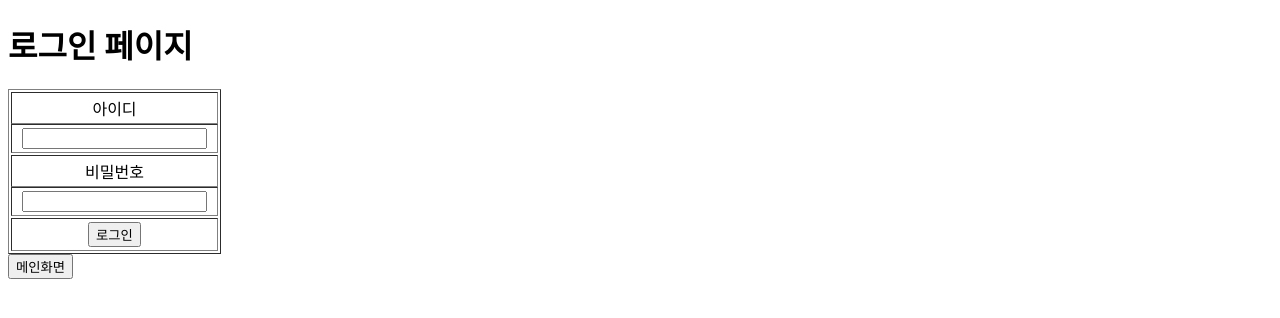
Repository: jjuhye/JSPWorkspace
Page: http://localhost/basic/00_memberLogin/03_21_loginForm.jsp
The author's editor kept a copy of each file at every save. The page is drawn from the files as they stood at one save, then again after the next save.
The browser window is 1280 px wide. The pictures show the whole page.
The page is served by Tomcat 9.

Above is the page before, as saved 2023-02-22 02:16:36.

After the next save:
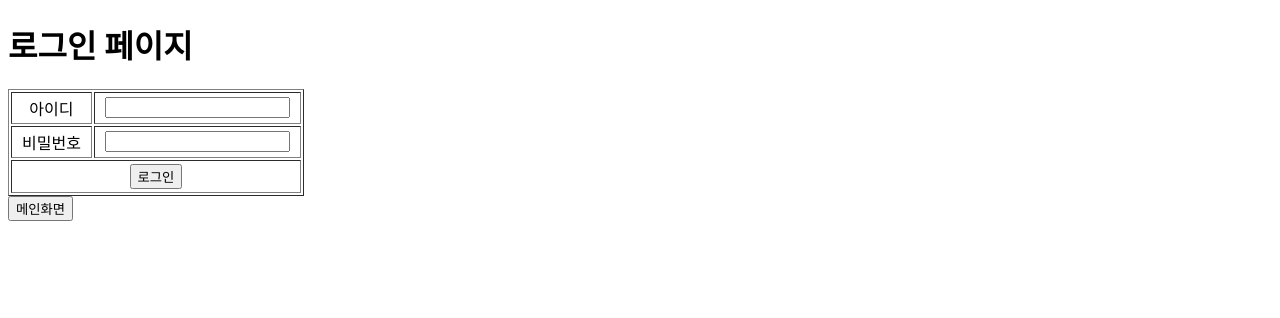
Saved 17 s later.
--- a/basic/src/main/webapp/00_memberLogin/member.css
+++ b/basic/src/main/webapp/00_memberLogin/member.css
@@ -12,7 +12,4 @@ table{
 
 td{
 	padding: 3px 10px;
-	display:flex;
-	justify-content:center;
-	align-items:center;
 }
